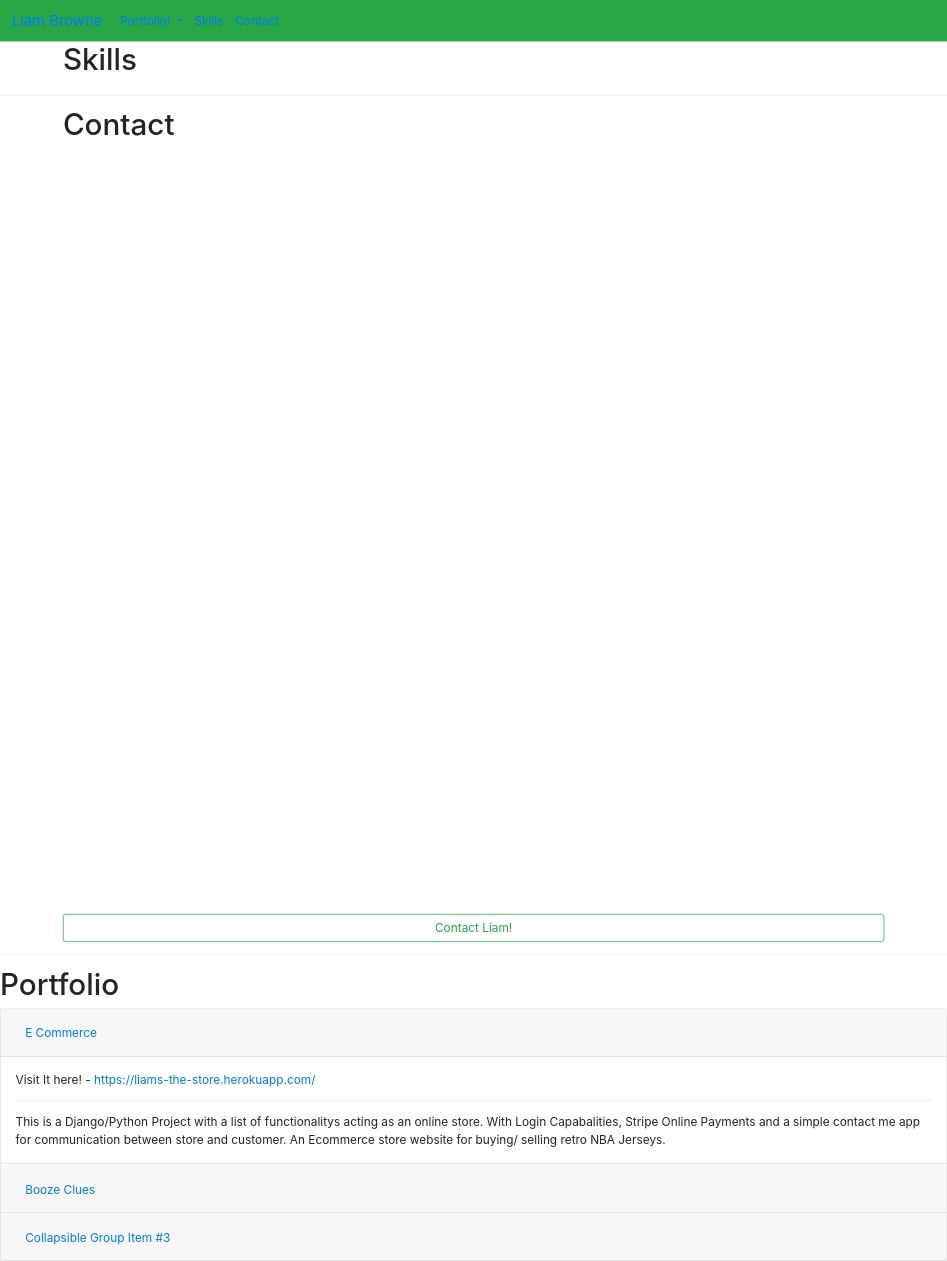
Repository: LiamB123/LiamBrowne.com.github.io
Page: index.html
The author's editor kept a record of every edit. The page is drawn from the files as they stood at one moment, then again after the next edit.
The browser window is 1280 px wide. The pictures show the whole page, at 74% of full size.

Above is the page before.

After the next edit:
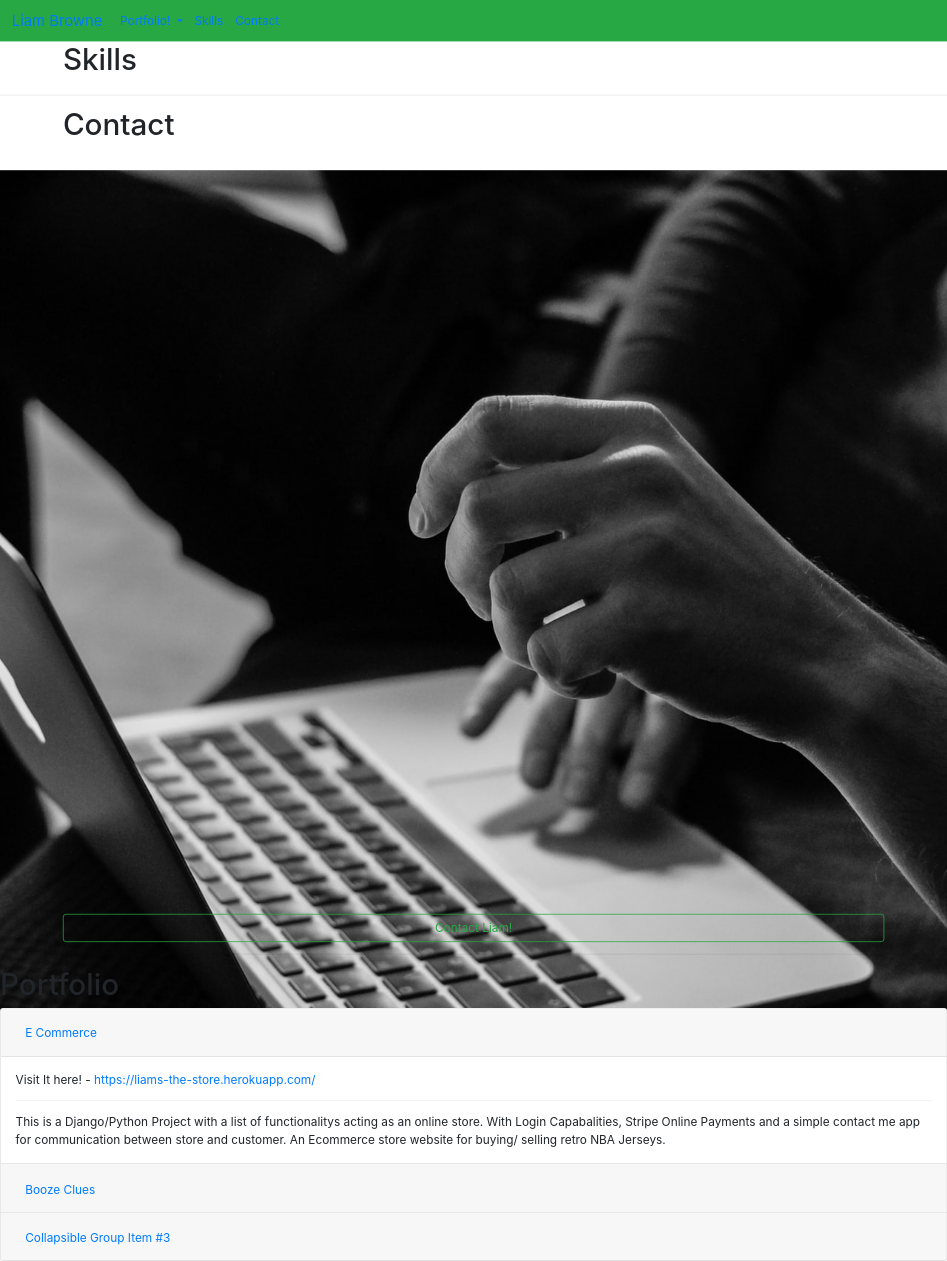
The edit:
--- a/index.html
+++ b/index.html
@@ -55,9 +55,12 @@
     </div>
   </nav>
   <!----About Section---->
+
+
+  <div class="masthead-img">
   <div class="container">
 
-    <section>
+    <section >
       <h1>
         Skills
       </h1>
